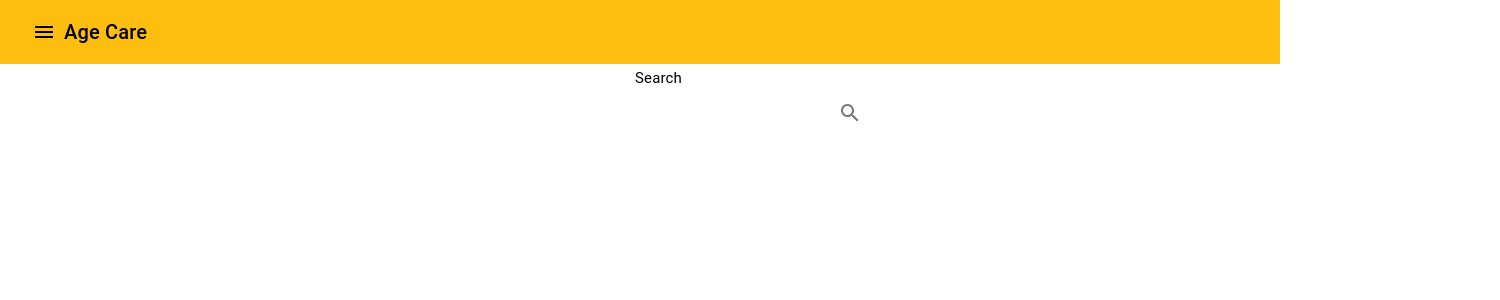
Repository: kimchybob/age_care
Page: /
An editor plug-in stored every save of this project. The page is shown before and after the next save, followed by the edit.
The browser window is 1280 px wide. The page is 1500 px wide, so the pictures cover 1500 px, including what lies to the right of the window. The pictures show the whole page.
The project was rebuilt for these pictures with package versions that can differ from the ones it lists, and the page was loaded fresh each time. Also part of the build but not shown: src/Components/LineChart.js, src/Components/MultiSelectList.js, src/Components/TimeSelecter.js, src/Components/SingleSelectList.js, src/Pages/ChartPage.js, src/Components/TableChart.js.

Above is the page before, as saved 2022-03-24 11:13:08.

### src/index.js
import React from 'react';
import ReactDOM from 'react-dom';
import './index.css';
import App from './App';
import reportWebVitals from './reportWebVitals';
import { BrowserRouter } from "react-router-dom";

ReactDOM.render(
  <React.StrictMode>
    <App />
  </React.StrictMode>,
  document.getElementById('root')
);

// If you want to start measuring performance in your app, pass a function
// to log results (for example: reportWebVitals(console.log))
// or send to an analytics endpoint. Learn more: https://bit.ly/CRA-vitals
reportWebVitals();

### src/App.js
import logo from './logo.svg';
import './App.css';
import NavToolbar from './Components/Toolbar';
import LineChart from './Components/LineChart';
import { UserData } from './data';
import { useState } from 'react';
import ChartPage from './Pages/ChartPage';
import DataGridPage from './Pages/DataGridPage';
import { Link } from "react-router-dom";


function App() {
  const [view, setView] = useState("chartt");



  return (

    <div className="App">
      <NavToolbar function={setView}/>
      <div style={{width:1500}}>
        {
          view=="chart"?
          <ChartPage/>
          :<DataGridPage/>
        }
      </div>
    </div>
  );
}

export default App;

### src/Components/Toolbar.js
import React from 'react';
import {Toolbar,Typography,Button } from '@mui/material';
import SideDrawer from './SideDrawer';


export default function NavToolbar(props) {



  return (
    <Toolbar style={{backgroundColor:"rgb(254,190,15)"}}>
      <SideDrawer/>
      <Typography variant="h6">
        Age Care
      </Typography>
    </Toolbar>
  );
}

### src/data.js
export const UserData = [
    {
        id : 1,
        Carer : "Amy",
        Resident : "Tom",
        Date : 20220322,
        Time : 937,
        Distance : 1.0
    },
    {
        id : 2,
        Carer : "Amy",
        Resident : "Tom",
        Date : 20220322,
        Time : 940,
        Distance : 2.0
    },
    {
        id : 3,
        Carer : "Amy",
        Resident : "Tom",
        Date : 20220322,
        Time : 945,
        Distance : 3.0
    },
    {
        id : 4,
        Carer : "Amy",
        Resident : "Tom",
        Date : 20220322,
        Time : 949,
        Distance : 2.0
    },
    {
        id : 5,
        Carer : "Amy",
        Resident : "Tom",
        Date : 20220322,
        Time : 945,
        Distance : 3.0
    },
    {
        id : 6,
        Carer : "Amy",
        Resident : "Tom",
        Date : 20220322,
        Time : 949,
        Distance : 2.0
    },
]

### src/Pages/DataGridPage.js
import { Line } from 'react-chartjs-2';
import {Chart as ChartJS} from "chart.js/auto";
import { UserData } from "../data";
// import * as React from 'react';
import LineChart from "../Components/LineChart";
import MultiSelectList from "../Components/MultiSelectList";
import { Grid, IconButton, Typography } from "@mui/material";
import {React,useState} from 'react';
import DateSelecter from '../Components/DateSelecter';
import TimeSelecter from '../Components/TimeSelecter';
import SingleSelectList from '../Components/SingleSelectList';
import TableChart from '../Components/TableChart';
import FilterAltIcon from '@mui/icons-material/FilterAlt';






function DataGridPage(){
  const [visible,setVisible] = useState(false);

  const filterClicked = () =>{
    setVisible(true);
  };

  const [filterVisible, setFilterVisible] = useState(false);

  const showFilter = () =>{
    setFilterVisible(true);
  };

  return (
    <div>
      <Grid
        container
        direction={"column"}
        justifyContent="center"
        alignItems="center"
      >
        <Grid item>
          <Typography
            component="legend"
            textAlign={"left"}
            margin={"3px"}
            fontSize={"15px"}>Search</Typography>
          <DateSelecter functions={showFilter}/>
        </Grid>
        {filterVisible?
        <Grid
        container
        direction={"column"}
        justifyContent="center"
        alignItems="center"
      >
        <Grid
          item
          container
          direction={"row"}
          justifyContent="center"
          alignItems="flex-end"
          spacing={1}
        >
          <Grid item>
            <Typography
              component="legend"
              textAlign={"left"}
              margin={"3px"}
              fontSize={"15px"}>Filter</Typography>
            <MultiSelectList label={"Carer"}/>
          </Grid>
          <Grid item><MultiSelectList label={"Resident"}/>
          </Grid>
          <Grid item marginBottom={"8px"}><IconButton onClick={filterClicked}>
              <FilterAltIcon/>
          </IconButton></Grid>
        </Grid>
        <Grid item width={1200}>
          <TableChart UserData={UserData}/>
        </Grid>
      </Grid>
        :<h1/>}
      </Grid>
    </div>
  );
}

export default DataGridPage;

### src/Components/SideDrawer.js
import * as React from 'react';
import Box from '@mui/material/Box';
import SwipeableDrawer from '@mui/material/SwipeableDrawer';
import Button from '@mui/material/Button';
import List from '@mui/material/List';
import Divider from '@mui/material/Divider';
import ListItem from '@mui/material/ListItem';
import ListItemIcon from '@mui/material/ListItemIcon';
import ListItemText from '@mui/material/ListItemText';
import InboxIcon from '@mui/icons-material/MoveToInbox';
import MailIcon from '@mui/icons-material/Mail';
import { IconButton, makeStyles} from '@mui/material';
import MenuIcon from '@mui/icons-material/Menu';


export default function SideDrawer(props) {


  const [state, setState] = React.useState({
    left: false
  });

  const toggleDrawer = (anchor, open) => (event) => {
    if (
      event &&
      event.type === 'keydown' &&
      (event.key === 'Tab' || event.key === 'Shift')
    ) {
      return;
    }

    setState({ ...state, [anchor]: open });
  };

  const list = (anchor) => (
    <Box
      sx={{ width: anchor === 'top' || anchor === 'bottom' ? 'auto' : 250 }}
      role="presentation"
      onClick={toggleDrawer(anchor, false)}
      onKeyDown={toggleDrawer(anchor, false)}
      bgcolor="rgb(254,190,15)"
    >
      <List>
        {/* {['Dashboard', 'Activity List', 'Carer Registration', 'Resident Registration'].map((text, index) => (
          <ListItem button key={text}>
            <ListItemIcon>
              {index % 2 === 0 ? <InboxIcon /> : <MailIcon />}
            </ListItemIcon>
            <ListItemText primary={text} />
          </ListItem>
        ))} */}
        <ListItem button key={'Dashboard'} ><ListItemText primary={'Dashboard'} /></ListItem>
        <ListItem button key={'Activity List'} ><ListItemText primary={'Activity List'} /></ListItem>
        <ListItem button key={'Carer Registration'}><ListItemText primary={'Carer Registration'} /></ListItem>
        <ListItem button key={'Resident Registration'}><ListItemText primary={'Resident Registration'} /></ListItem>
      </List>
      <Divider />
    </Box>
  );


  return (
    <div>

        <React.Fragment key={'left'}>
          {/* <Button onClick={toggleDrawer('left', true)}>{'lft'}</Button> */}
          <IconButton
            color="inherit"
            // aria-label="open drawer"
            onClick={toggleDrawer('left', true)}
            // edge="start"
            // sx={{ mr: 2, ...(open && { display: 'none' }) }}
          >
            <MenuIcon />
          </IconButton>
          <SwipeableDrawer
            anchor={'left'}
            open={state['left']}
            onClose={toggleDrawer('left', false)}
            onOpen={toggleDrawer('left', true)}
            PaperProps={{
              sx: {
                backgroundColor: "rgb(246,144,29)",
              }
            }}
          >
            {list('left')}
          </SwipeableDrawer>
        </React.Fragment>

    </div>
  );
}

### src/Components/DateSelecter.js
import * as React from 'react';
import TextField from '@mui/material/TextField';
import AdapterDateFns from '@mui/lab/AdapterDateFns';
import LocalizationProvider from '@mui/lab/LocalizationProvider';
import DatePicker from '@mui/lab/DatePicker';
import { FormControl, Grid, IconButton } from '@mui/material';
import SearchIcon from '@mui/icons-material/Search';



function DateSelecter(props){
    const [value, setValue] = React.useState(null);
    const searchClicked = () =>{
        props.functions(true);
    };

    return (
        <Grid
            container
            direction={"row"}
            alignItems="center"
            justifyContent="center"
        >
            <FormControl sx={{ width:200}}>
                <LocalizationProvider dateAdapter={AdapterDateFns}>
                    <DatePicker
                        label="Date"
                        value={value}
                        onChange={(newValue) => {
                        setValue(newValue);
                        }}
                        renderInput={(params) => <TextField {...params} />}
                    />
                </LocalizationProvider>
            </FormControl>
            <IconButton onClick={searchClicked}>
                <SearchIcon/>
            </IconButton>
        </Grid>
    );
}

export default DateSelecter;

Loaded but not shown: public/index.html (common file); src/index.css (common file); src/reportWebVitals.js (common file); src/App.css (common file)

After the next save:
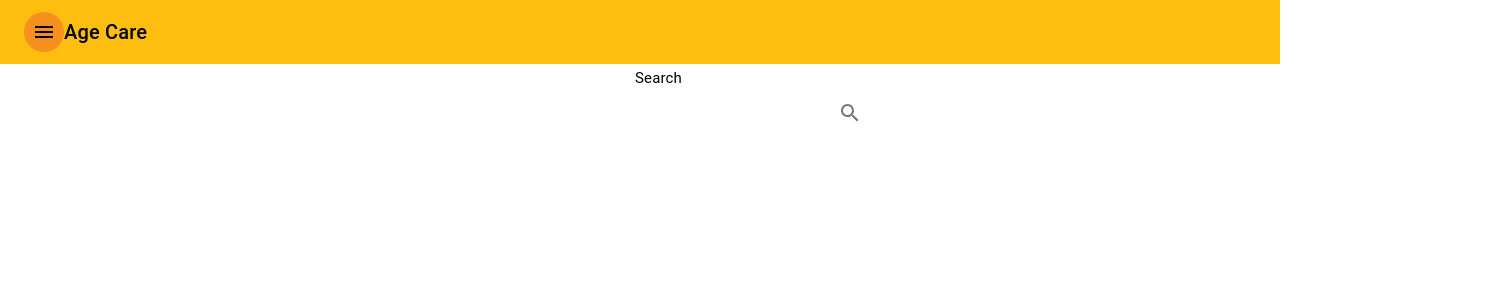
Saved 2 min 8 s later.
--- a/src/Components/SideDrawer.js
+++ b/src/Components/SideDrawer.js
@@ -68,6 +68,7 @@
             color="inherit"
             // aria-label="open drawer"
             onClick={toggleDrawer('left', true)}
+            style={{backgroundColor:"rgb(246,144,29)"}}
             // edge="start"
             // sx={{ mr: 2, ...(open && { display: 'none' }) }}
           >
